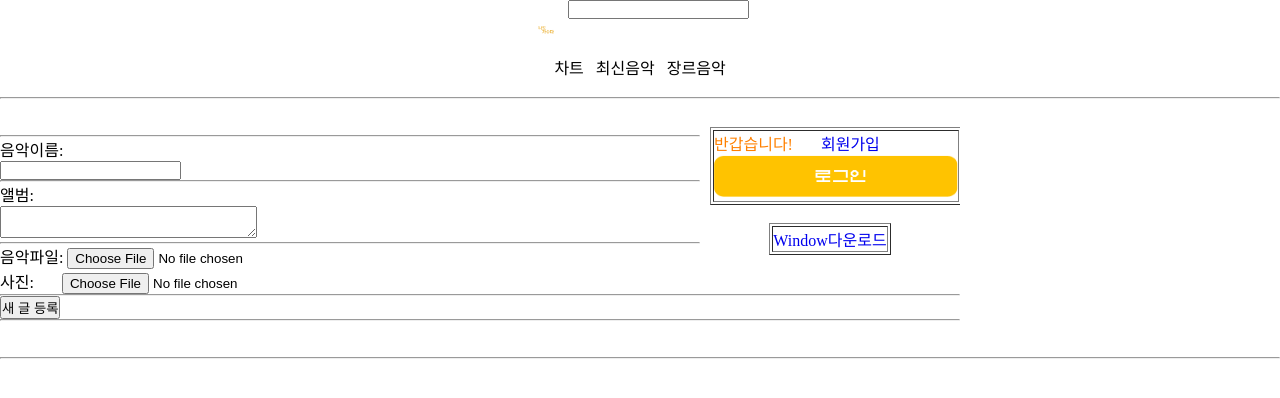
Repository: Ea-Bell/GraduationPortfolio
Page: http://localhost/WebTest/webTest/View/list/newMusicSuccess.jsp
An editor plug-in stored every save of this project. The page is shown before and after the next save, followed by the edit.
The browser window is 1280 px wide. The pictures show the whole page.
The page is served by Tomcat 9. Nobody is signed in. The application's start-up code is not run. Other server files are loaded and not shown.

Above is the page before, as saved 2020-07-05 17:08:19.

### WEB_Server/WebTest/WebContent/webTest/View/list/newMusicSuccess.jsp
<%@ page language="java" contentType="text/html; charset=UTF-8"
    pageEncoding="UTF-8"%>
    <%@ taglib prefix="c" uri="http://java.sun.com/jsp/jstl/core" %>
<!DOCTYPE html>
<html>
<head>
<head>
<link rel="stylesheet" type="text/css"
	href="../../Model/mainForm/mainForm.css" />
<meta charset="UTF-8">
<title>음악등록</title>
</head>
<script type="text/javascript" src="../../Model/mainForm/mainForm.js"></script>
<body>
	<div align="center">

		<form action="mainForm.jsp" method="post">
			<!-- 헤더 -->
			<header>
				<a href="mainForm.jsp"> <img src="../../img/logo.png"
					style="position: relative; top: 20px; left: 10px">
				</a> <input type="text" onclick=""
					style="position: relative; left: 20px;">
				&nbsp;&nbsp;&nbsp;&nbsp;&nbsp; <br>
				<br>
				<br> <a href="" onmouseover="TextMover()"
					onmouseout="TextMount()" id="nav" style="color: black;">차트</a>
				&nbsp; <a href="../chart/recentMusic.jsp" onmouseover="TextMover2()"
					onmouseout="TextMount2()" id="nav2" style="color: black;">최신음악</a>
				&nbsp; <a href="" onmouseover="TextMover3()"
					onmouseout="TextMount3()" id="nav3" style="color: black;">장르음악</a>
				<br>
				<br>

			</header>
		</form>

		<hr id="hr">
		<br>

	</div>

	<!-- 콘텐츠 -->
	<div id="content" align="center" style="background-color: #ffffff;">
		<section id="main_section">
			<article class="main_article"></article>
		</section>
		<!-- 메인 섹션 건들지 말것. -->


		<aside id="main_aside">
			<form action="../login/login.jsp">
				<table border="1">
					<tr>
						<td><a href=""></a>반갑습니다!&nbsp;&nbsp;&nbsp;&nbsp;&nbsp;&nbsp; <a href="../login/signUp.jsp">회원가입</a>
							<input type="image" src="../../img/login/login.png"
							style="height: 42px; width: 244px;"><br></td>
					</tr>
				</table>

			</form>

			<br>
			<table border="1">
				<tr>
					<td><a href="downLoad.jsp">Window다운로드</a></td>
				</tr>
			</table>

		</aside>
		<br>
<%--
		<aside id="main_bside">


			<table border="1">
				<tr>
					<td>내용물1</td>
					<td>내용물2</td>
				</tr>
				<tr>
					<td>내용물3</td>
					<td>내용물4</td>
				</tr>
				<tr>
					<td>내용물5</td>
					<td>내용물6</td>
				</tr>
				<tr>
					<td>내용물7</td>
					<td>내용물8</td>
				<tr>
					<td>내용물9</td>
					<td>
						<!-- 요기가 한계선 --> 내용물10
					</td>
				</tr>

			</table>

		</aside>
--%>
<section>
<div align="left">

<form action="/WebTest/WriteArticleHandler" method="post" enctype="multipart/form-data">
<!-- 로그인 필터 안먹혀서 로그이 관련된건 무조건 직접 처리해서 로그인여부 확인 할것. -->
<hr>
<div>
<p>
	음악이름:<br/><input type="text" name="music_name" value="${param.music_nam}">
	<c:if test="${errors.title}">제목을 입력하세요</c:if>
	</p>

</div>
<hr>
<div>
<p>
	앨범:<br/>
	<textarea rows="content" rows="5" cols="30">${param.album}</textarea>
</p>
</div>
<hr>
<div>
<p>
	음악파일:
	  <input type="file" name="music_file" value="${param.music_filePath}">
<br>
</p>

<p>
	사진:&nbsp;&nbsp;&nbsp;&nbsp;&nbsp;&nbsp;
	  <input type="file" name="music_pictuer"value="${param.music_picture}">
</p>
</div>

<hr>


<div>
	<input type="submit" value="새 글 등록">
</div>

<hr>

</form>
 </div>
</section>
	</div>
	<!-- 바텀 -->
	<div align="center">


		<br> <br>
		<hr>
	</div>

</body>
</html>

### WEB_Server/WebTest/WebContent/webTest/Model/mainForm/mainForm.css
@charset "UTF-8";
body{
	position: relative;
}

*{ margin:0; padding :0;}

img{border: 0; width:16px ; height: 16 px;}


#content{
	/* 중앙 정렬*/
	width: 960px;

	/* 수평 레이아웃 구성 */
	overflow: hidden;
}
#content > #main_section
{
	width: 650px;
	float: left;			/* 왼쪽에 붙입니다*/
}

#content > #main_aside{
	height:30%;
	width : 25%;
	float: right;           /*오른쪽에 붙입니다.*/
	margin-bottom: 20px;
	padding: 10px;

	color: #ff8000;


}



#content > #main_bside{

	width : 30%;
	height:0%;
	float: left;           /*왼쪽에 붙입니다.*/
	margin-bottom: 20px;
	padding: 10px;


}
#content > #main_cside{
	width :70%;
	height: 0%;
	float: none;           /*가운데에 붙입니다.*/
	margin-bottom: 20px;
	padding: 10px;
	border: 1px solid #e4e4e4;
	color: #ff8000;
	background-color:ff8000;
}

#textcolor{
	border: 1px solid #e4e4e4;
	color: #ff8000;
	background-color:ff8000;
}

#hr
{

}
#nav
{
	 font-family: ""
}
#winFont{
	font-family: "돋음";
	color: #1A1A1A;
}
a {
  text-decoration: none;
}

### WEB_Server/WebTest/WebContent/webTest/Model/mainForm/mainForm.js
/**
 *
 */

//문자나 이미지가 밖으로 나갔을경우
function TextMover() {
	var dama = document.getElementById('nav');
	dama.style.color="Red";
}
function ImgMover() {

}
function TextMover2() {
	var dama = document.getElementById('nav2');
	dama.style.color="Red";
}
function TextMover3() {
	var dama = document.getElementById('nav3');
	dama.style.color="Red";
}
//문자나 이미지가 밖으로 갔을경우
function TextMount() {
	var dama = document.getElementById('nav');
	dama.style.color="Black";
}
function TextMount2() {
	var dama = document.getElementById('nav2');
	dama.style.color="Black";
}
function TextMount3() {
	var dama = document.getElementById('nav3');
	dama.style.color="Black";
}
function ImgMount() {

}

After the next save:
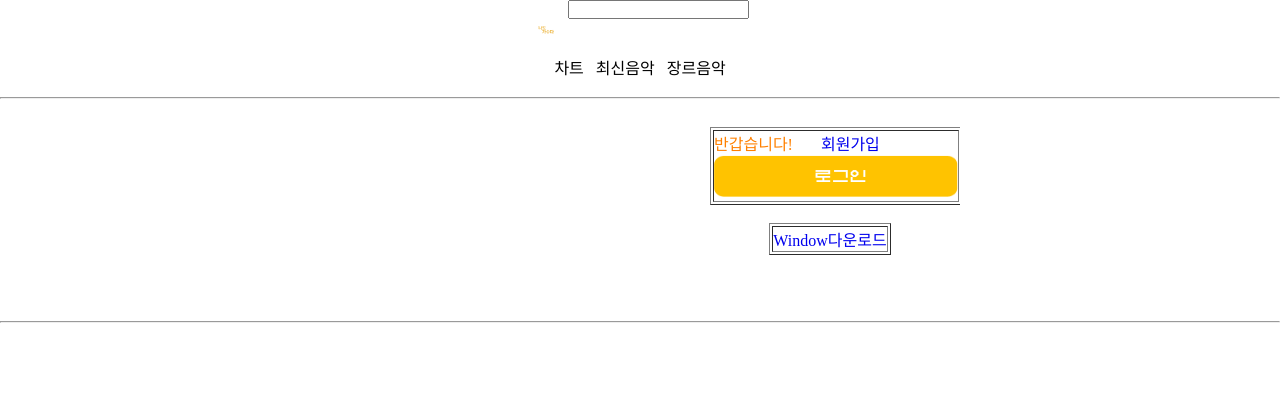
Saved 13 s later.
--- a/WEB_Server/WebTest/WebContent/webTest/View/list/newMusicSuccess.jsp
+++ b/WEB_Server/WebTest/WebContent/webTest/View/list/newMusicSuccess.jsp
@@ -105,45 +105,9 @@
 
 <form action="/WebTest/WriteArticleHandler" method="post" enctype="multipart/form-data">
 <!-- 로그인 필터 안먹혀서 로그이 관련된건 무조건 직접 처리해서 로그인여부 확인 할것. -->
-<hr>
-<div>
-<p>
-	음악이름:<br/><input type="text" name="music_name" value="${param.music_nam}">
-	<c:if test="${errors.title}">제목을 입력하세요</c:if>
-	</p>
-
-</div>
-<hr>
-<div>
-<p>
-	앨범:<br/>
-	<textarea rows="content" rows="5" cols="30">${param.album}</textarea>
-</p>
-</div>
-<hr>
-<div>
-<p>
-	음악파일:
-	  <input type="file" name="music_file" value="${param.music_filePath}">
-<br>
-</p>
-
-<p>
-	사진:&nbsp;&nbsp;&nbsp;&nbsp;&nbsp;&nbsp;
-	  <input type="file" name="music_pictuer"value="${param.music_picture}">
-</p>
-</div>
-
-<hr>
 
 
-<div>
-	<input type="submit" value="새 글 등록">
-</div>
 
-<hr>
-
-</form>
  </div>
 </section>
 	</div>
